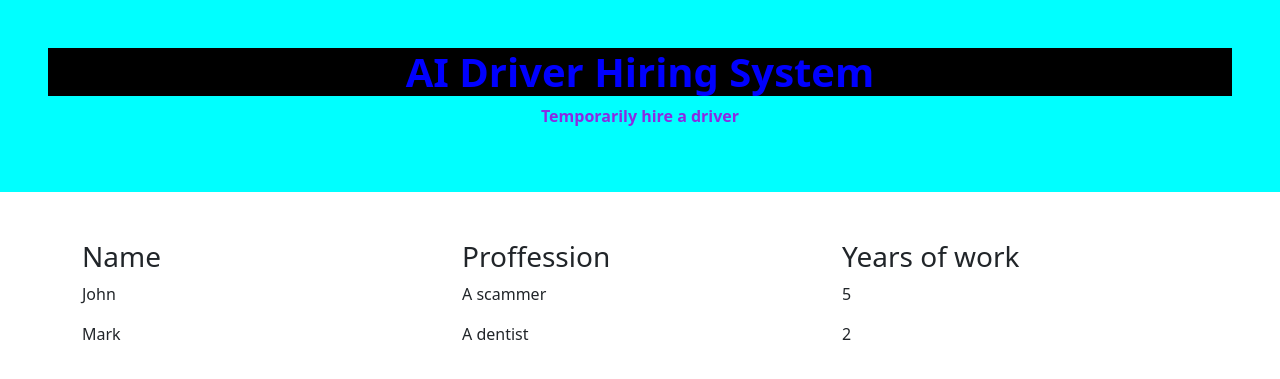
Repository: Wuda2000/AI-powered-Driver-hiring-system
Page: ONE.html
These files come from the project's save history. The page is drawn as it stood at one moment and after the next save; the edit follows.
The browser window is 1280 px wide. The pictures show the whole page.

Above is the page before, as saved 2024-12-23 22:27:10.

After the next save:
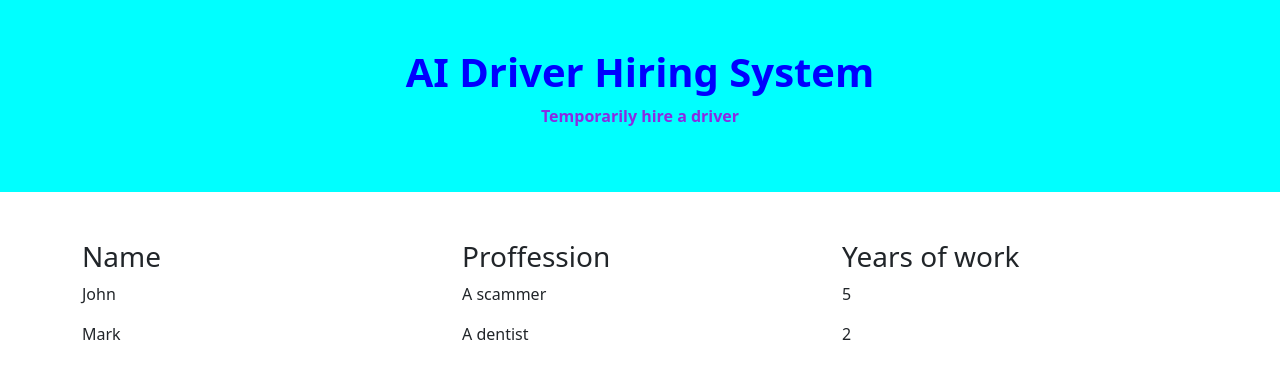
Saved 8 s later.
--- a/ONE.html
+++ b/ONE.html
@@ -11,7 +11,7 @@
 
 
     <div class="container-fluid p-5 text-white text-center" style="background-color: aqua;">
-        <h1 style="background-color: black; color: blue;" ><b>AI Driver Hiring System</b></h1>
+        <h1 style="color: blue;" ><b>AI Driver Hiring System</b></h1>
         <p style="color: blueviolet;"><b>Temporarily hire a driver</b></p>
       </div>
 
